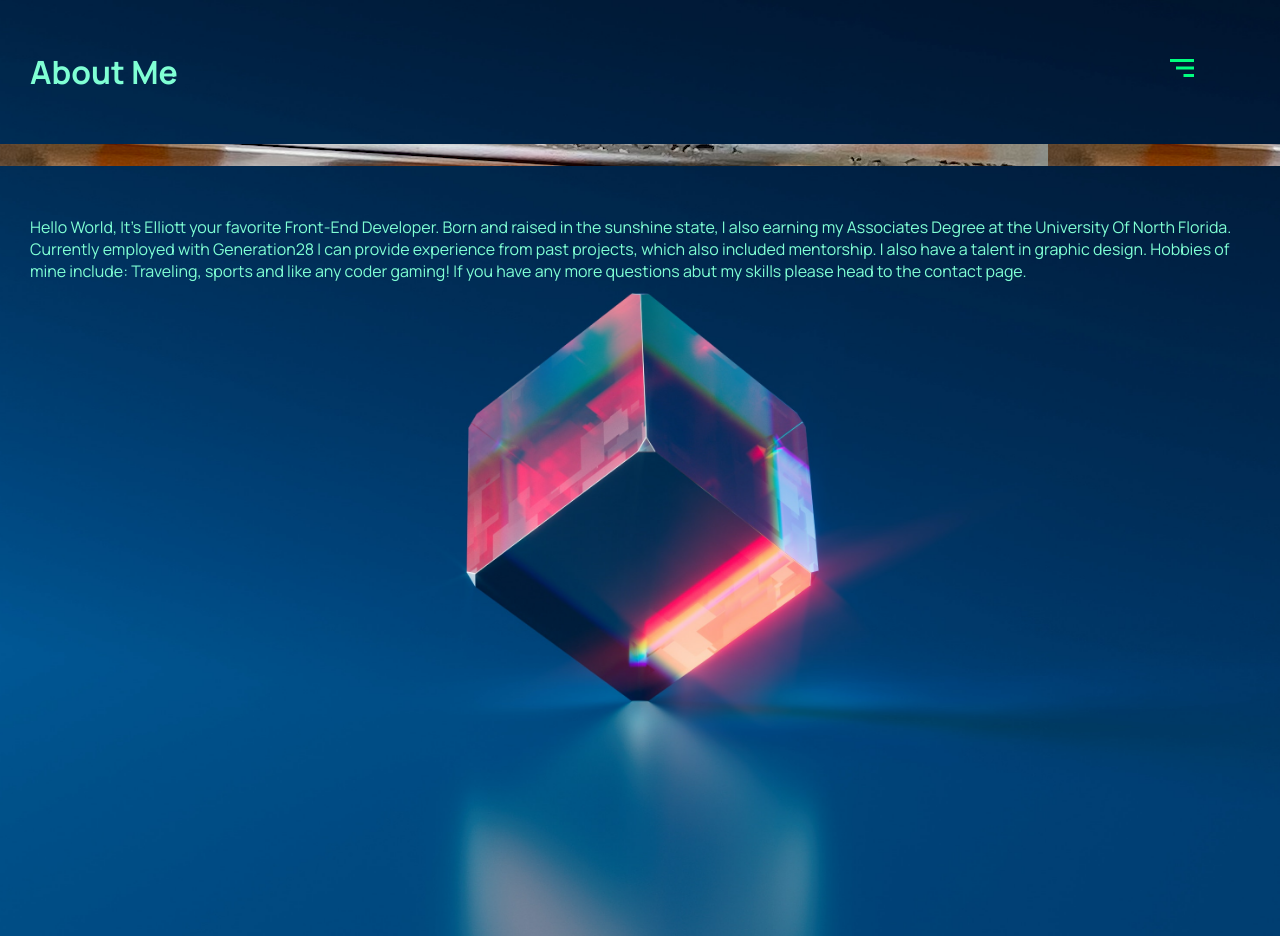
Repository: elaiken/portfolio
Page: /about-me
An editor plug-in stored every save of this project. The page is shown before and after the next save, followed by the edit.
The browser window is 1280 px wide. The pictures show the whole page.
The project was rebuilt for these pictures with package versions that can differ from the ones it lists, and the page was loaded fresh each time. Also part of the build but not shown: src/components/Error.js, src/components/Home.js, src/data/projects.js, src/components/Projects.js, src/components/Contacts.js.

Above is the page before, as saved 2021-11-30 21:38:18.

### public/index.html
<!DOCTYPE html>
<html lang="en">
  <head>
    <meta charset="utf-8" />
    <link rel="icon" href="%PUBLIC_URL%/favicon.ico" />
    <meta name="viewport" content="width=device-width, initial-scale=1" />
    <meta name="theme-color" content="#000000" />
    <meta
      name="description"
      content="Elliott A Aiken II | Looking for Front-end Role"
    />
    <link rel="apple-touch-icon" href="%PUBLIC_URL%/logo192.png" />
    <!--
      manifest.json provides metadata used when your web app is installed on a
      user's mobile device or desktop. See https://developers.google.com/web/fundamentals/web-app-manifest/
    -->
    <link rel="manifest" href="%PUBLIC_URL%/manifest.json" />
    <link rel="preconnect" href="https://fonts.googleapis.com">
<link rel="preconnect" href="https://fonts.gstatic.com" crossorigin>
<link href="https://fonts.googleapis.com/css2?family=Manrope:wght@200;400;700&family=Poppins:ital,wght@0,500;1,300;1,400&family=Source+Sans+Pro:ital,wght@0,400;0,600;1,300;1,400&display=swap" rel="stylesheet">


    <title>Elliott A Aiken II | Looking for Front-end Role </title>
  </head>
  <body>
    <noscript>You need to enable JavaScript to run this app.</noscript>
    <div id="root"></div>

  </body>
</html>

### src/index.css
:root {
  --background-image:linear-gradient(120deg,hsl(800, 100%, 35%),rgba(200, 84, 69, 0.67));
  --background-overlay:rgba(0,0,0,0.4)
}


*{
  margin: 0;
  padding: 0;
  box-sizing: border-box;
}

ul {
  list-style-type: none;
}

a {
  font-family: inherit;
  text-decoration: none;
  color:springgreen;




}

img {
  max-width: 100%;
}
body{
  font-family: "Manrope", sans-serif;
  overflow: auto;
}

/* Menu button */

.menu-btn {
  position: absolute;
  right: 80px;
  margin-top: 50px;
  z-index: 9999999;
}

 .menu-btn button {
  background-color: transparent;
  font-size: 36px;
  color: springgreen;
  border:none;
  cursor:pointer;

}

/* Header */

.header {
  position: absolute;
  right: 0;
  height: 0;
  overflow: hidden;
  width: 200px;
  transition: all 0.5s ease-in-out;

}

.header.open {
  height: 100vh;
  background-color:var(--background-overlay);


}

.header nav ul {
  display: flex;
  flex-direction: column;
  align-items: center;
  justify-content: center;
  min-height: 100vh;
}

.header nav ul li {
  margin:20px 0;
}




/* HomePAGE */
.home {
  background: url(./pexels-andre-moura-4021521.jpg);
  background-repeat:no-repeat ;
  background-size: cover;
  background-position:center;
  height: 100vh;
}

.home .overlay {
background-color:var(--background-image);
display: flex;
flex-direction: column ;
align-items: center;
justify-content: center;
min-height: 100vh;
color: white ;
text-align: center;
}

.home .overlay h1 {
  text-transform: uppercase ;
  font-size: 96px;
}
.home .overlay p {
  color: springgreen;
  font-size: 36px;
}

.home .overlay ul {
  display: flex;
  align-items: center;
  justify-content: center;
  margin-top: 30px ;
}

.home .overlay ul li {
  margin: 0 20px;
}

.home .overlay ul li a {
  font-size: 46px;
  padding: 50px;

}

/*Projects */
.projects {

  background-image: url(./pexels-rostislav-uzunov-5011647.jpg);
  background-repeat:no-repeat ;
  background-size: cover;
  background-position:center;
  height: 170vh;

}

.projects h1 {
  padding: 50px 80px;
  color:white;
}

.projects .cards {
  display: grid;
  grid-template-columns:repeat(3, 1fr);
  max-width:1100px;
  margin:auto;
  gap:20px;
 color:white;
 padding-bottom:20px ;
}

.projects .cards h4 {
  font-size: 24px;
  margin: 20px 0 10px;
}

.projects .cards p {
  font-size: 18px;
  margin-bottom: 30px;
}

.projects .cards ul {
  display: flex;
  align-items: center;
  justify-content: space-between;
}

 .github{
  background-color:darkolivegreen;
  padding: 5px;
  font-size: 15px;
}
.demo {
background-color:darkslateblue;
padding: 5px;
font-size: 15px;
}



/* Contact */
.contacts{
  background-image: url(./pexels-oleg-magni-861121.jpg);
  background-repeat:no-repeat ;
  background-size: cover;
  background-position:center;
  height: 130vh;
}
.contacts h1 {
padding: 50px 80px;
color: #fff;
}

.contacts ul {
  position: absolute;
  left: 30%;
  translate:traslate(-50%,-50%);

}
.contacts ul a {
  font-size: 30px;
  color: white;
  margin: 10px;
  text-align: center;
}
.contacts ul li {
  margin: 20px 0;


}
@media (max-width:1150px) {
  .projects .cards {
    padding: 0 20px 20px;
  }
}

@media (max-width: 992px) {
  .homepage .overlay h1 {
    font-size: 64px;
  }

  @media (max-width: 768px) {
    .projects .cards {
      grid-template-columns: repeat(2,1fr);
    }
  }

  @media (max-width: 500px) {
    .menu-btn{
      right:30px
    }
  .homepage .overlay h1 {
    font-size: 48px;
  }
  .homepage .overlay p {
    font-size: 20px;
    margin-top: 20px;
  }
  .homepage .overlay ul li a {
    font-size: 24px;
}
.contacts h1, .projects h1{
  padding: 50px 30px;
}
.projects .cards {
  grid-template-columns:1fr;
}
  }
}
/*Slider */

.slide {
  width: 100%;
  height: 100%;
  position: absolute;
  opacity: 0;
  transition: opacity ease-in-out 0.4s;
}

/* About Me */
.about-me {
background-image: url(./pexels-rostislav-uzunov-5011647.jpg);
background-repeat:no-repeat ;
background-size: cover;
background-position:center;
height: 130vh;
}

.about-me h1 {
  padding: 50px 30px;
  color: aquamarine;
}

.about-me p {
  padding: 50px 30px;
  color: aquamarine;
}

.about-me .avatar {
  background-image: url(./avatar1.png);
  min-height:10px ;



}

### src/App.js
import { BrowserRouter, Route, Routes } from "react-router-dom"
import Error from "./components/Error";
import Home from "./components/Home";
import Menu from "./components/Menu";
import Projects from "./components/Projects";
import About from "./components/About";
import Contacts from "./components/Contacts";




const App = () => {
  return (
    <BrowserRouter >
      <Menu />
      <Routes>
        <Route exact path='/' element={<Home />}>
        </Route>
        <Route path="/projects" element={<Projects />}>
        </Route>
        <Route path="/about-me" element={<About />}>
        </Route>
        <Route path="contact-me" element={<Contacts />}>
        </Route>
        <Route path="/*" element={<Error />}>
        </Route>
      </Routes>
    </BrowserRouter>
  );
}
export default App;

### src/components/Menu.js
import { useState } from "react"

import { Link } from "react-router-dom"

import { BiMenuAltRight } from "react-icons/bi"
import { navbar } from "../data/navbar"




const Menu = () => {
    const [isOpen, setIsOpen] = useState(false);
    //eslint-disable-next-line
    const [links, setLinks] = useState(navbar)


    return (
        <>



            <div className="menu-btn">
                <button onClick={() => setIsOpen(!isOpen)}>
                    <BiMenuAltRight />
                </button >
            </div>
            <header className={`${isOpen ? "header open" : "header"}`}>
                <nav>
                    <ul>
                        {links.map((link) => {
                            const { id, title, url } = link

                            return (
                                <li key={id} onClick={() => setIsOpen(false)}>
                                    <Link to={url}>{title}</Link>
                                </li>
                            )
                        })}
                    </ul>
                </nav>

            </header>

        </>
    )
}

export default Menu

### src/components/About.js
import React from 'react'

const About = () => {
    return (
        <>
            <div className="about-me">
                <h1> About Me </h1>
                <div className="avatar">
                    <img
                        src=""
                        alt="" />

                </div>
                <p>
                    Hello World,
                    It's Elliott your favorite Front-End Developer.
                    Born and raised in the sunshine state, I also earning my
                    Associates Degree at the University Of North Florida.
                    Currently employed with Generation28 I can provide experience
                    from past projects, which also included mentorship. I also have a
                    talent in graphic design.


                    Hobbies of mine include: Traveling, sports and like any coder gaming!

                    If you have any more questions abut my skills please head to the contact page.

                </p>
            </div>
        </>
    )
}

export default About

### src/data/navbar.js
import { v4 as uuidv4 } from "uuid";


export const navbar = [
    {
        id: uuidv4(),
        title: "Home",
        url: "/"
    },

    {
        id: uuidv4(),
        title: "Projects",
        url: "/projects"
    },

    {
        id: uuidv4(),
        title: "About Me",
        url: "/about-me"
    },
    {
        id: uuidv4(),
        title: "Contacts",
        url: "/contact-me"
    }
]

Loaded but not shown: src/index.js (common file); src/reportWebVitals.js (common file)

After the next save:
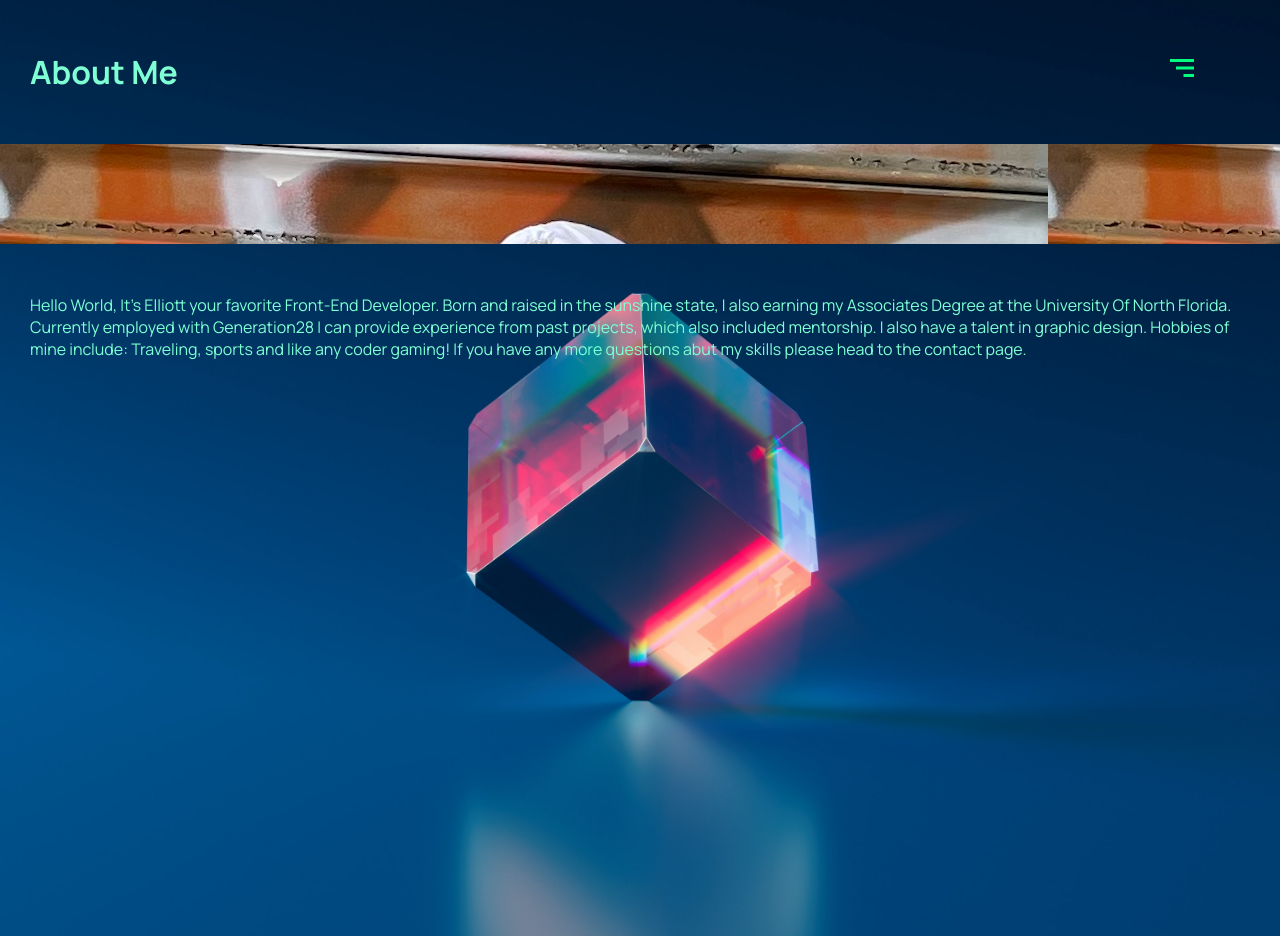
Saved 9 s later.
--- a/src/index.css
+++ b/src/index.css
@@ -285,8 +285,8 @@
 
 .about-me .avatar {
   background-image: url(./avatar1.png);
-  min-height:10px ;
-
-
-
-}
+  min-height:100px ;
+
+
+
+}

After the 3 saves that followed:
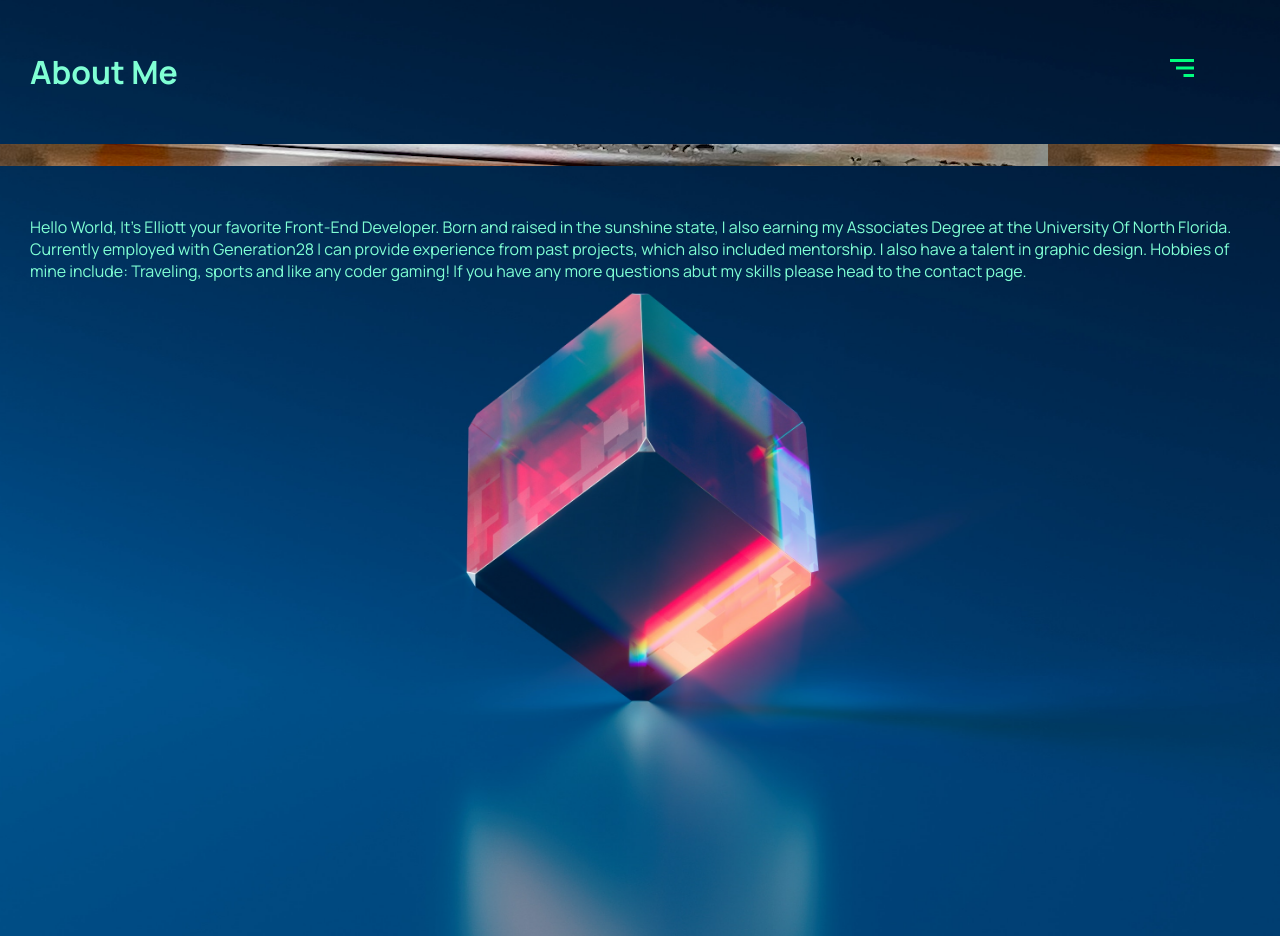
The 3 saves are shown as one change because 2 left the picture as it was.
The last was saved 19 s later.
--- a/src/index.css
+++ b/src/index.css
@@ -285,8 +285,10 @@
 
 .about-me .avatar {
   background-image: url(./avatar1.png);
-  min-height:100px ;
-
-
-
-}
+  height:auto;
+  width: auto;
+
+
+
+
+}
